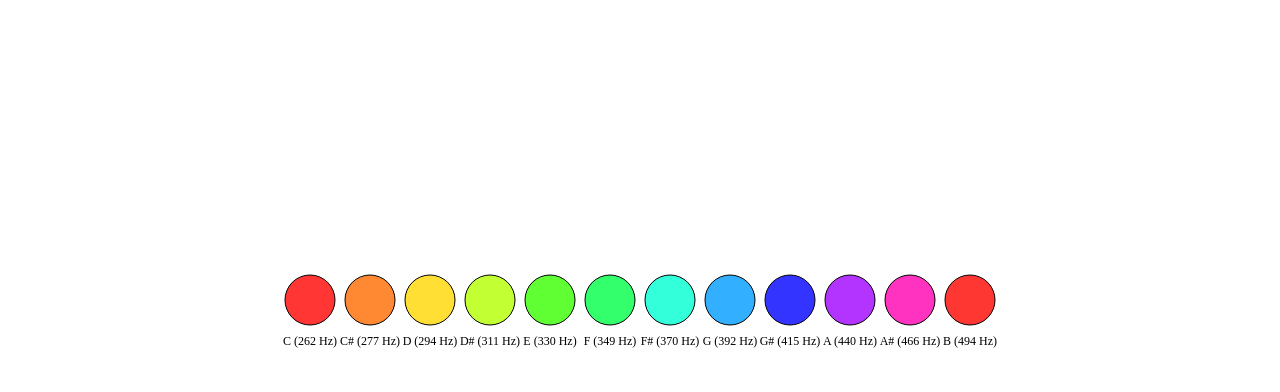
Repository: studiorichie/richielau.com
Page: assets/sound-to-color.html
An editor plug-in stored every save of this project. The page is shown before and after the next save, followed by the edit.
The browser window is 1280 px wide. The pictures show the whole page.

Above is the page before, as saved 2024-11-06 18:40:02.

After the next save:
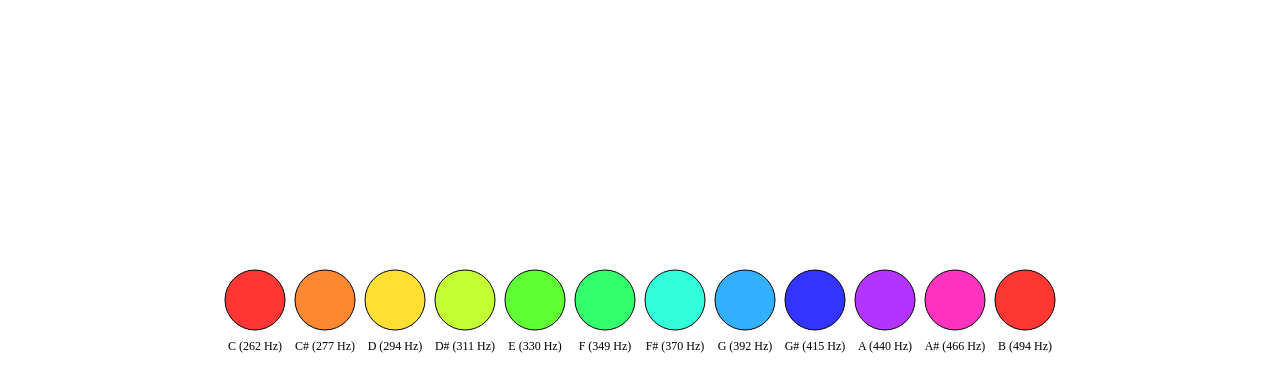
Saved 2 min 34 s later.
--- a/assets/sound-to-color.html
+++ b/assets/sound-to-color.html
@@ -82,7 +82,7 @@
         const width = svg.attr("width");
         const height = svg.attr("height");
 
-        const circleRadius = 25; // Radius of each circle
+        const circleRadius = 30; // Radius of each circle
         const padding = 10; // Space between circles
 
         // Calculate the total width for the row of circles (number of circles * diameter + spaces between)
